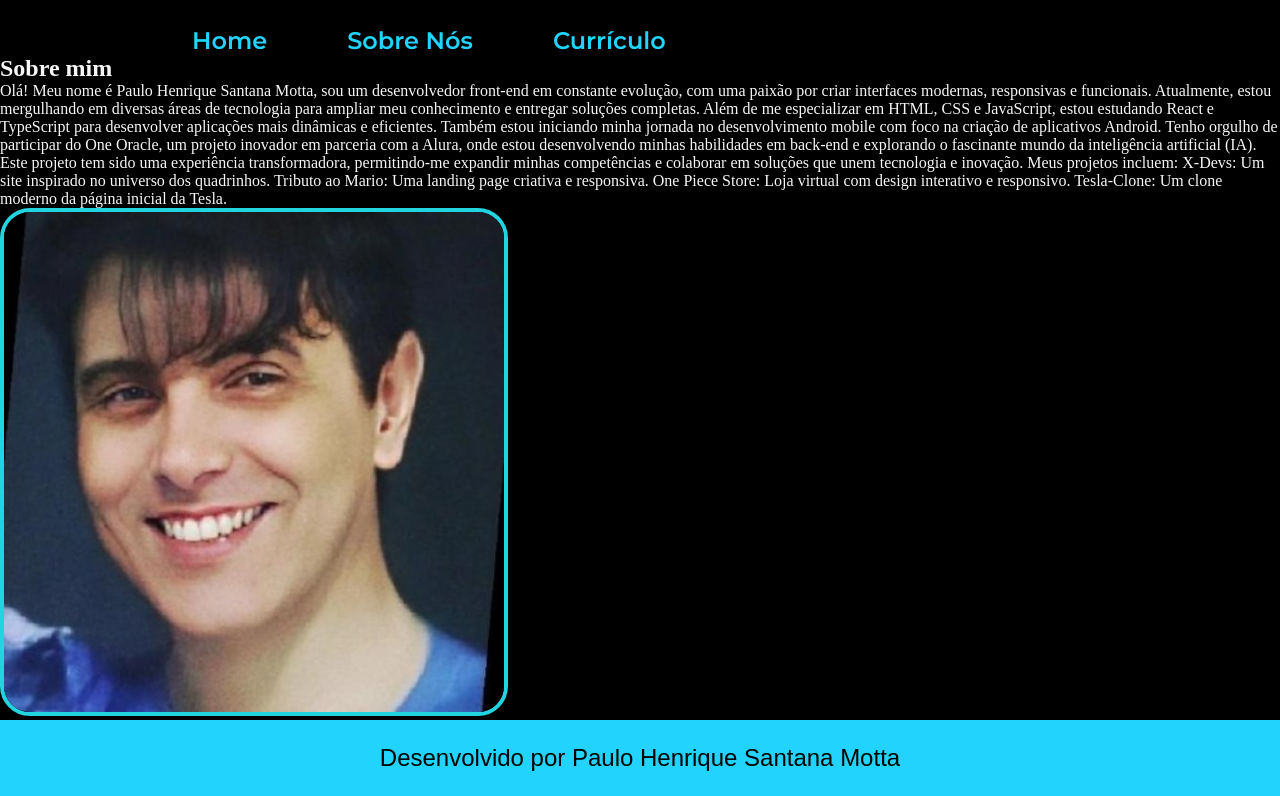
Repository: phsmottanerd/projeto-portfolio-alura
Page: about.html
The author's editor kept a copy of each file at every save. The page is drawn from the files as they stood at one save, then again after the next save.
The browser window is 1280 px wide. The pictures show the whole page.
Some web fonts or font styles are not loaded; a fallback is used.

Above is the page before, as saved 2025-01-28 00:47:48.

### about.html
<!DOCTYPE html>
<html lang="pt-BR">
<head>
    <meta charset="UTF-8">
    <meta name="viewport" content="width=device-width, initial-scale=1.0">
   <link rel="stylesheet" href="./estilos/style.css">
    <title>Sobre mim</title>
</head>
<body>
<header class="cabecalho">
    <nav class="cabecalho__menu">
        <a class="cabecalho__menu__link" href="index.html">Home</a>
        <a class="cabecalho__menu__link" href="about.html">Sobre Nós</a>
        <a class="cabecalho__menu__link">Currículo</a>
      </nav>
</header>
<main>
<section class="">

    <h1>Sobre mim</h1>
<p>Olá! Meu nome é Paulo Henrique Santana Motta, sou um desenvolvedor front-end em constante evolução, com uma paixão por criar interfaces modernas, responsivas e funcionais.

    Atualmente, estou mergulhando em diversas áreas de tecnologia para ampliar meu conhecimento e entregar soluções completas. Além de me especializar em HTML, CSS e JavaScript, estou estudando React e TypeScript para desenvolver aplicações mais dinâmicas e eficientes. Também estou iniciando minha jornada no desenvolvimento mobile com foco na criação de aplicativos Android.

    Tenho orgulho de participar do One Oracle, um projeto inovador em parceria com a Alura, onde estou desenvolvendo minhas habilidades em back-end e explorando o fascinante mundo da inteligência artificial (IA). Este projeto tem sido uma experiência transformadora, permitindo-me expandir minhas competências e colaborar em soluções que unem tecnologia e inovação.

    Meus projetos incluem:

    X-Devs: Um site inspirado no universo dos quadrinhos.
    Tributo ao Mario: Uma landing page criativa e responsiva.
    One Piece Store: Loja virtual com design interativo e responsivo.
    Tesla-Clone: Um clone moderno da página inicial da Tesla.</p>
<p></p>
</section>

<img class="img-foto" src="./img/1722867171561.jpg" alt="Paulo Henrique Santana Motta  programando" />
</main>
<footer class="rodape">
    <p>Desenvolvido por Paulo Henrique Santana Motta</p>


</footer>

</body>
</html>

### estilos/style.css
@import url('https://fonts.googleapis.com/css2?family=Krona+One&family=Montserrat:wght@400;600&display=swap');

*{
    margin: 0;
    padding: 0;
}

body{

    box-sizing: border-box;
    background-color: #000000;
    color: #F6F6F6;
}
.cabecalho{
padding: 2%  0%  0%  15%;


}
.cabecalho__menu{

    display:flex;
    gap:80px;
}

.cabecalho__menu__link{

    font-family:'Montserrat',sans-serif;
    font-size:24px;
    font-weight:600;
    color:#22D4FD;
    text-decoration:none;
}

.titulo-destaque{
    color: #22D4FD;
}

.apresentacao{
    padding: 5% 15%;
    display: flex;
    align-items: center;
    justify-content: space-between;
}
.apresentacao__conteudo{
    width: 615px;
    display: flex;
    flex-direction: column;
    gap: 40px;
}

.apresentacao__conteudo__titulo{
    font-size: 36px;
    font-family: 'Krona One', sans-serif;
}

.apresentacao__conteudo__texto{
    font-size: 24px;
    font-family: 'Montserrat', sans-serif;
}

.apresentacao__links{
    display: flex;
    flex-direction: column;
    justify-content: space-between;
    align-items: center;
    gap: 32px;
}
.apresentacao__links__subtitulo{
    font-family: 'Krona One', sans-serif;
    font-weight: 400;
    font-size: 24px;
}
.apresentacao__links__link{

    /* background-color: #22D4FD; */
    justify-content:center;
    gap:16px;
    display:flex;
    border: 2px solid #22D4FD;
    width: 378px;
    text-align: center;
    border-radius: 8px;
    font-size: 24px;
    font-weight: 600;
    padding: 21.5px 0;
    text-decoration: none;
    color: #F6F6F6;
    font-family: 'Montserrat', sans-serif;
}
.apresentacao__links__link:hover{

background-color:#272727;

}
.rodape{
padding: 24px;
color:#000;
background-color:#22D4FD;
text-align:center;
font-family:"Montsearrat",sans-serif;
 font-size: 24px;
 font-weight: 400;
}
.img-foto{
border-radius:30px;
border: 4px solid #22D4DF;
width: 500px;
heighit: 500px;
}

After the next save:
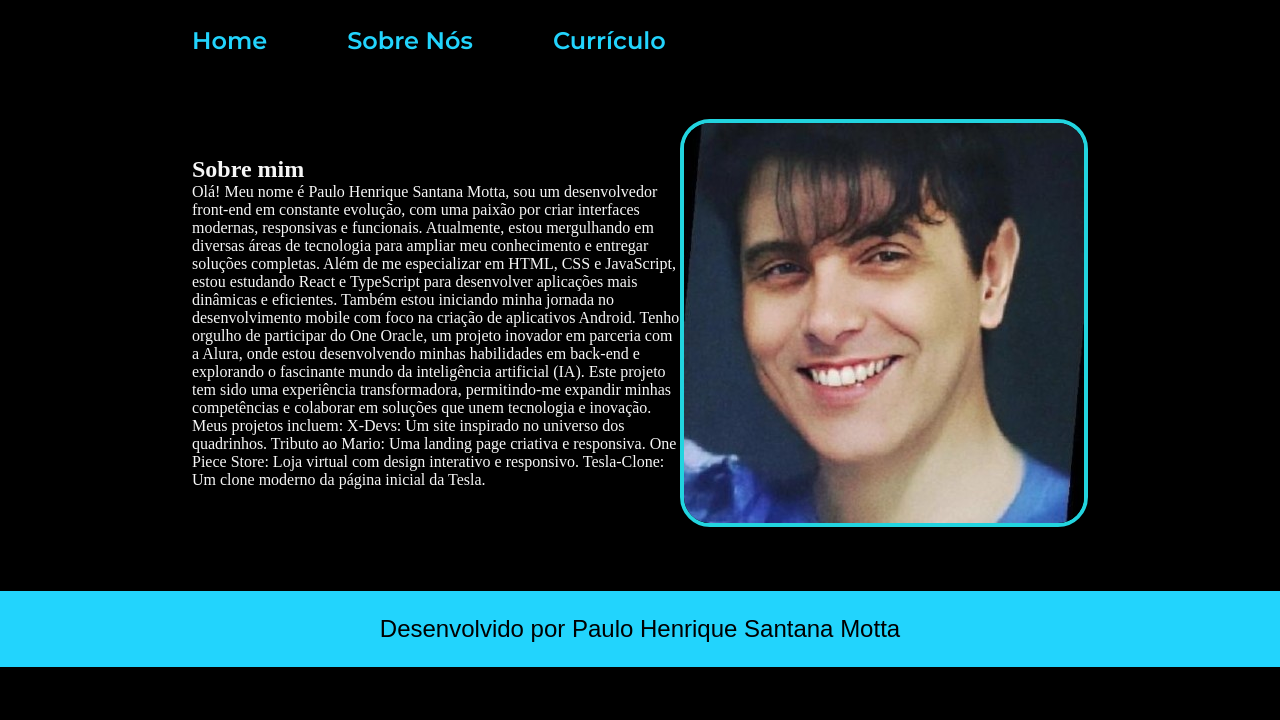
Saved 91 s later.
--- a/about.html
+++ b/about.html
@@ -14,7 +14,7 @@
         <a class="cabecalho__menu__link">Currículo</a>
       </nav>
 </header>
-<main>
+<main class="apresentacao">
 <section class="">
 
     <h1>Sobre mim</h1>
